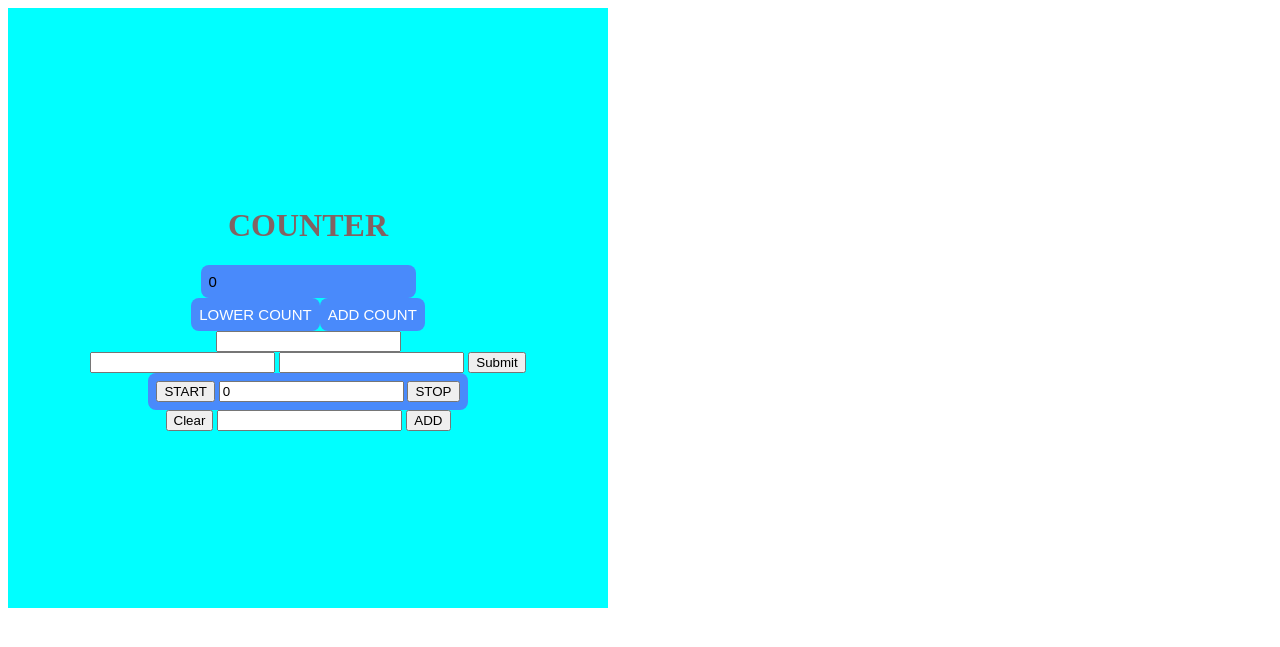
Repository: sedashahnazaryan/Caunter
Page: index.html
These files come from the project's save history. The page is drawn as it stood at one moment and after the next save; the edit follows.
The browser window is 1280 px wide. The pictures show the whole page.

Above is the page before, as saved 2022-02-15 01:25:26.

After the next save:
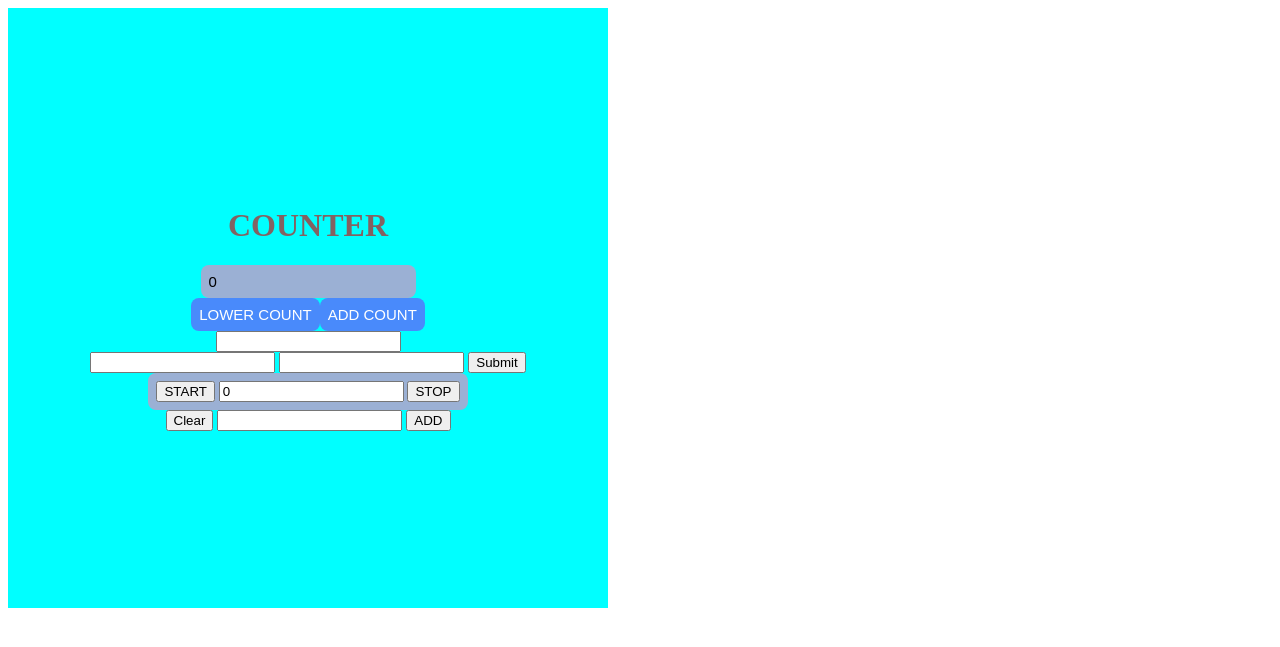
Saved 12 s later.
--- a/index.css
+++ b/index.css
@@ -44,7 +44,7 @@ color: rgba(151, 75, 75, 0.87);
     cursor: pointer; */
 
     .item1{
-        background-color: #498AFB;
+        background-color: #9bb0d4;
         /* color: white; */
         padding: 8px;
         border-radius: 8px;
